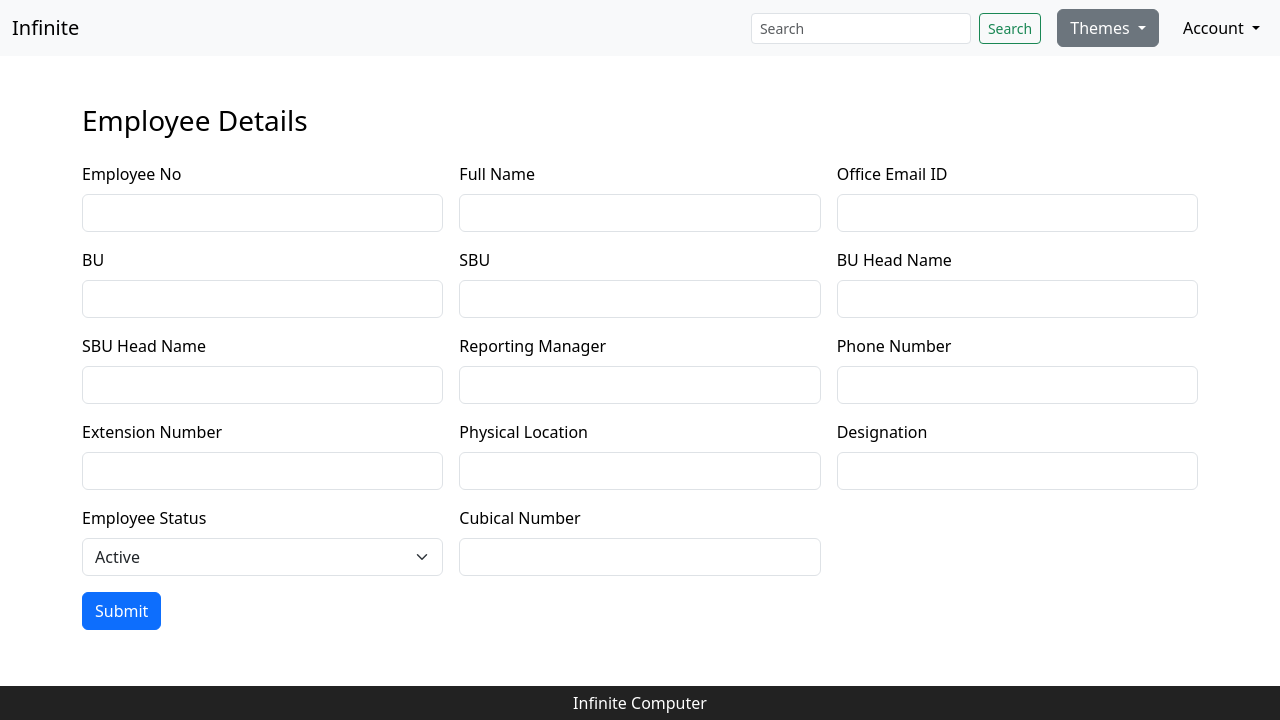
Repository: Prasanthkota25/java-codes-
Page: http://localhost/profilepage
The author's editor kept a copy of each file at every save. The page is drawn from the files as they stood at one save, then again after a run of saves.
The browser window is 1280 px wide. The pictures show the whole page.
The page is this project's Thymeleaf template; nobody is signed in. The template is opened directly, without the code that normally fills it, so the values that code supplies are empty.

Above is the page before, as saved 2026-05-02 21:28:36.

### leaveSystem/src/main/resources/templates/profilepage.html
<!DOCTYPE html>
<html lang="en">

<head>
	<meta charset="UTF-8">
	<meta name="viewport" content="width=device-width, initial-scale=1.0">
	<title>Home</title>

	<link href="https://cdn.jsdelivr.net/npm/bootstrap@5.3.8/dist/css/bootstrap.min.css" rel="stylesheet">

	<style>
		:root {
			--bg-color: #ffffff;
			--text-color: #000000;
			--navbar-color: #f8f9fa;
		}

		[data-theme="dark"] {
			--bg-color: #121212;
			--text-color: #ffffff;
			--navbar-color: #1f1f1f;
		}

		body {
			background-color: var(--bg-color);
			color: var(--text-color);
		}

		.navbar {
			background-color: var(--navbar-color) !important;
		}

		footer {
			position: fixed;
			left: 0;
			bottom: 0;
			width: 100%;
			background-color: #222;
			color: white;
			text-align: center;
			padding: 5px 0;
		}

		.navbar .nav-link {
			color: var(--text-color) !important;
		}
	</style>
</head>

<body>

	<!-- NAVBAR -->
	<nav class="navbar navbar-expand-lg">
		<div class="container-fluid">

			<a class="navbar-brand" href="#">Infinite</a>

			<ul class="navbar-nav ms-auto align-items-center">

				<li class="nav-item me-3">
					<form class="d-flex">
						<input class="form-control form-control-sm me-2" type="search" placeholder="Search">
						<button class="btn btn-outline-success btn-sm" type="submit">Search</button>
					</form>
				</li>

				<li class="nav-item dropdown me-3">
					<button class="btn btn-secondary dropdown-toggle" data-bs-toggle="dropdown">
						Themes
					</button>
					<ul class="dropdown-menu">
						<li><button class="dropdown-item" onclick="setTheme('light')">Light</button></li>
						<li><button class="dropdown-item" onclick="setTheme('dark')">Dark</button></li>
					</ul>
				</li>

				<li class="nav-item dropdown">
					<a class="nav-link dropdown-toggle" href="#" data-bs-toggle="dropdown">
						Account
					</a>
					<ul class="dropdown-menu dropdown-menu-end">
						<li><a class="dropdown-item" href="#">Profile</a></li>
						<li><a class="dropdown-item" href="loginpage.html">Logout</a></li>
					</ul>
				</li>

			</ul>
		</div>
	</nav>

	<!-- FORM -->
	<div class="container mt-5 mb-5">
		<h3 class="mb-4">Employee Details</h3>

		<form class="row g-3">

			<div class="col-md-4">
				<label class="form-label">Employee No</label>
				<input type="text" class="form-control">
			</div>

			<div class="col-md-4">
				<label class="form-label">Full Name</label>
				<input type="text" class="form-control">
			</div>

			<div class="col-md-4">
				<label class="form-label">Office Email ID</label>
				<input type="email" class="form-control">
			</div>

			<div class="col-md-4">
				<label class="form-label">BU</label>
				<input type="text" class="form-control">
			</div>

			<div class="col-md-4">
				<label class="form-label">SBU</label>
				<input type="text" class="form-control">
			</div>

			<div class="col-md-4">
				<label class="form-label">BU Head Name</label>
				<input type="text" class="form-control">
			</div>

			<div class="col-md-4">
				<label class="form-label">SBU Head Name</label>
				<input type="text" class="form-control">
			</div>

			<div class="col-md-4">
				<label class="form-label">Reporting Manager</label>
				<input type="text" class="form-control">
			</div>

			<div class="col-md-4">
				<label class="form-label">Phone Number</label>
				<input type="tel" class="form-control">
			</div>

			<div class="col-md-4">
				<label class="form-label">Extension Number</label>
				<input type="text" class="form-control">
			</div>

			<div class="col-md-4">
				<label class="form-label">Physical Location</label>
				<input type="text" class="form-control">
			</div>

			<div class="col-md-4">
				<label class="form-label">Designation</label>
				<input type="text" class="form-control">
			</div>

			<div class="col-md-4">
				<label class="form-label">Employee Status</label>
				<select class="form-select">
					<option>Active</option>
					<option>Inactive</option>
				</select>
			</div>

			<div class="col-md-4">
				<label class="form-label">Cubical Number</label>
				<input type="text" class="form-control">
			</div>

			<div class="col-12">
				<button type="submit" class="btn btn-primary">Submit</button>
			</div>

		</form>
	</div>

	<!-- FOOTER -->
	<footer>
		<div>Infinite Computer</div>
	</footer>

	<!-- SCRIPTS -->
	<script>
		function setTheme(theme) {
			document.documentElement.setAttribute("data-theme", theme);
			localStorage.setItem("theme", theme);
		}

		window.onload = function () {
			const saved = localStorage.getItem("theme");
			if (saved) {
				document.documentElement.setAttribute("data-theme", saved);
			}
		};
	</script>

	<script src="https://cdn.jsdelivr.net/npm/bootstrap@5.3.8/dist/js/bootstrap.bundle.min.js"></script>

</body>

</html>

After the next 2 saves:
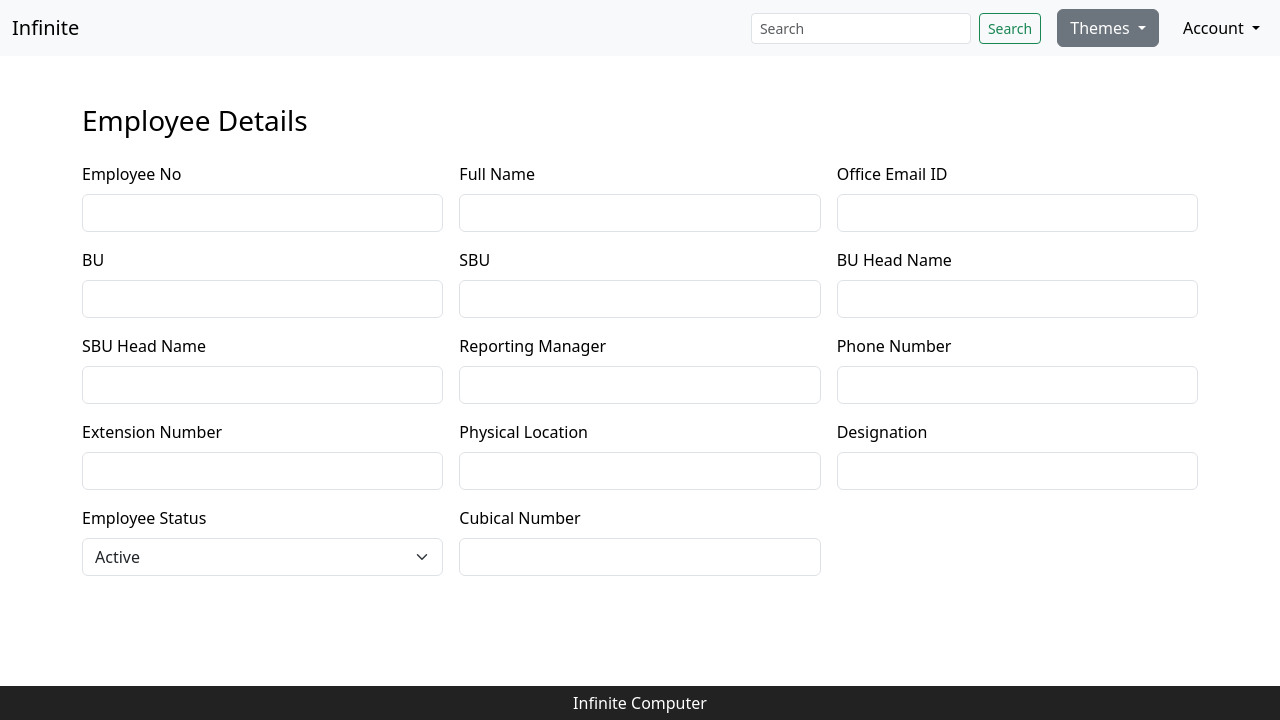
The 2 saves are shown as one change because they came seconds apart.
The last was saved 56 s later.
--- a/leaveSystem/src/main/resources/templates/profilepage.html
+++ b/leaveSystem/src/main/resources/templates/profilepage.html
@@ -49,7 +49,7 @@
 
 <body>
 
-	<!-- NAVBAR -->
+
 	<nav class="navbar navbar-expand-lg">
 		<div class="container-fluid">
 
@@ -88,7 +88,7 @@
 		</div>
 	</nav>
 
-	<!-- FORM -->
+
 	<div class="container mt-5 mb-5">
 		<h3 class="mb-4">Employee Details</h3>
 
@@ -167,19 +167,17 @@
 				<input type="text" class="form-control">
 			</div>
 
-			<div class="col-12">
-				<button type="submit" class="btn btn-primary">Submit</button>
-			</div>
+
 
 		</form>
 	</div>
 
-	<!-- FOOTER -->
+
 	<footer>
 		<div>Infinite Computer</div>
 	</footer>
 
-	<!-- SCRIPTS -->
+
 	<script>
 		function setTheme(theme) {
 			document.documentElement.setAttribute("data-theme", theme);
